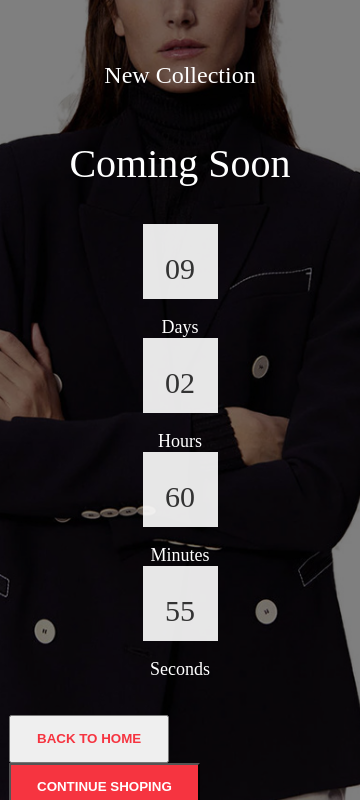
Repository: ST-United-Internship/Modaz-4life
Page: comingsoon&FAQ/coming-soon.html
These files come from the project's save history. The page is drawn as it stood at one moment and after a run of saves; the edit follows.
The browser window is 360 px wide. The pictures show the whole page.

Above is the page before, as saved 2023-03-22 10:33:26.

After the next 2 saves:
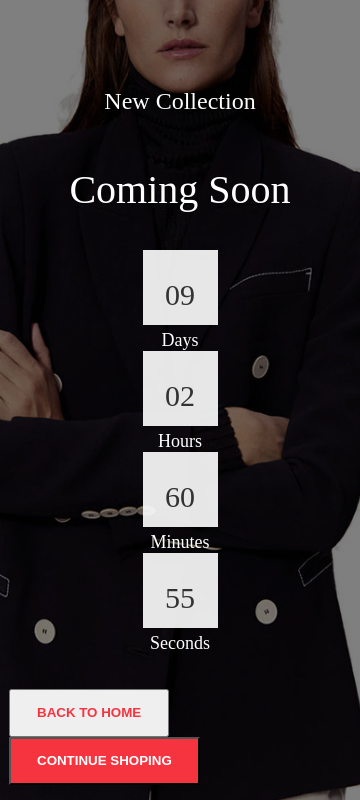
The 2 saves are shown as one change because they came seconds apart.
The last was saved 35 s later.
--- a/comingsoon&FAQ/css/comming-soon.css
+++ b/comingsoon&FAQ/css/comming-soon.css
@@ -111,7 +111,7 @@
         font-size: 30px;
         width: 75px;
         height: 75px;
-        /* margin: 0; */
+        margin: 0 20px 5px;
     }
 }
 
